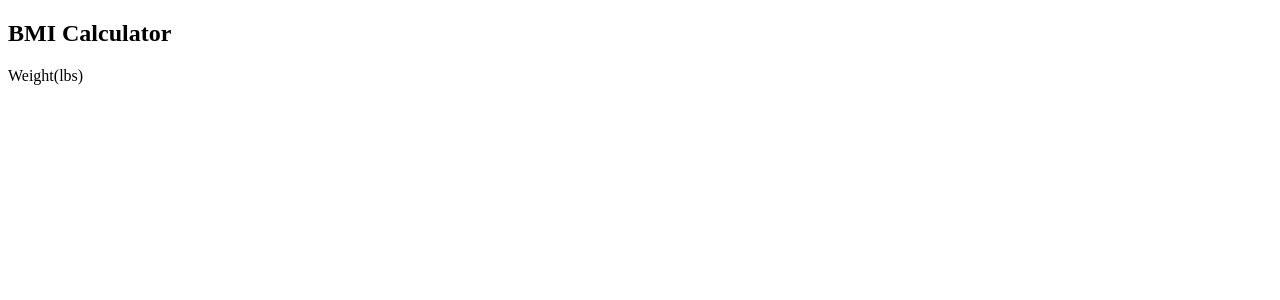
Repository: OmniaRafat232111121/BMI
Page: / (app in imgclaculator/)
An editor plug-in stored every save of this project. The page is shown before and after a run of saves, followed by the edit.
The browser window is 1280 px wide. The pictures show the whole page.
The project was rebuilt for these pictures with package versions that can differ from the ones it lists, and the page was loaded fresh each time.

Above is the page before, as saved 2022-08-08 14:19:56.

### imgclaculator/src/App.js

import React from "react";
function App() {
  return (
    <div className="App">
        <div className="container">
        <h2 className="center">BMI Calculator</h2>
        <form>
        <div>
        <label>Weight(lbs)</label>
        </div>
        </form>
        </div>
    </div>
  );
}

export default App;

Loaded but not shown: imgclaculator/public/index.html (common file); imgclaculator/src/index.js (common file)

After the next 5 saves:
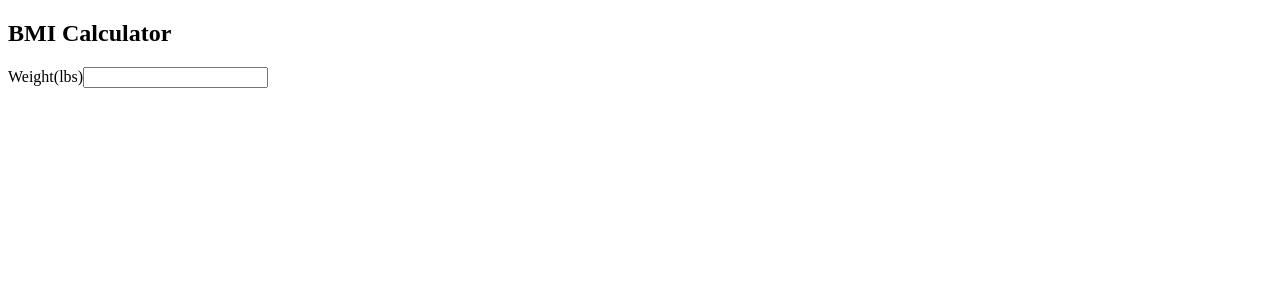
The 5 saves are shown as one change because they came seconds apart.
The last was saved 11 s later.
--- a/imgclaculator/src/App.js
+++ b/imgclaculator/src/App.js
@@ -8,6 +8,7 @@ function App() {
         <form>
         <div>
         <label>Weight(lbs)</label>
+        <input/>
         </div>
         </form>
         </div>
